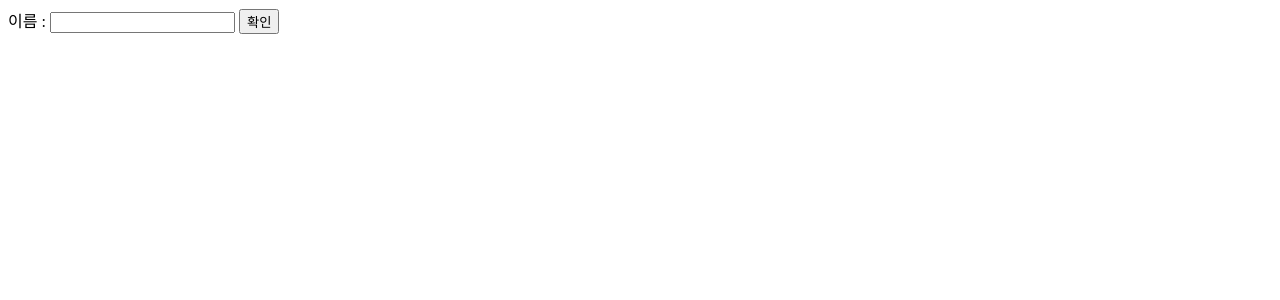
Repository: hminah0215/bitcamp
Page: http://localhost/day0210/input.jsp
The author's editor kept a copy of each file at every save. The page is drawn from the files as they stood at one save, then again after the next save.
The browser window is 1280 px wide. The pictures show the whole page.
The page is served by Tomcat 9. Other server files are loaded and not shown.

Above is the page before, as saved 2020-02-10 00:54:38.

### test_day0210/day0210/WebContent/input.jsp
<%@ page language="java" contentType="text/html; charset=UTF-8"
    pageEncoding="UTF-8"%>
<!DOCTYPE html>
<html>
<head>
<meta charset="UTF-8">
<title>Insert title here</title>
</head>
<body>
	<form action="result.jsp"> <!-- method를 지우면 그게 get 방식  -->
	이름 : <input type="text" name="name">
	<input type="submit" value="확인">
	</form>

</body>
</html>

After the next save:
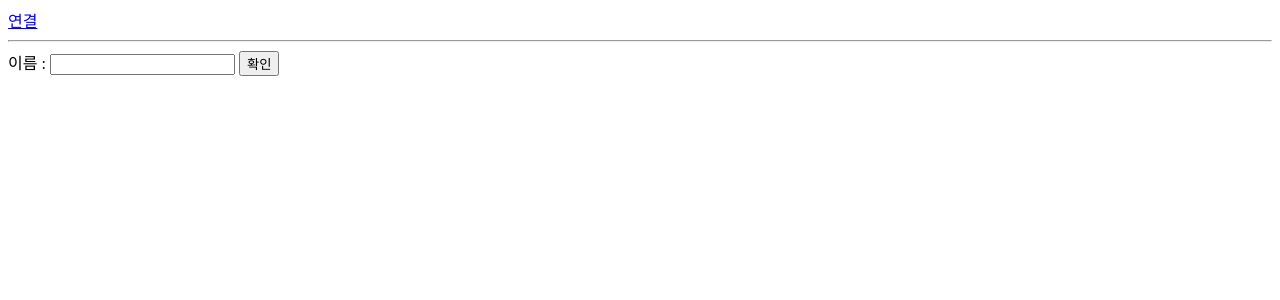
Saved 105 s later.
--- a/test_day0210/day0210/WebContent/input.jsp
+++ b/test_day0210/day0210/WebContent/input.jsp
@@ -7,6 +7,8 @@
 <title>Insert title here</title>
 </head>
 <body>
+	<a href="result.jsp?name=유관순">연결</a>
+	<hr>
 	<form action="result.jsp"> <!-- method를 지우면 그게 get 방식  -->
 	이름 : <input type="text" name="name">
 	<input type="submit" value="확인">
